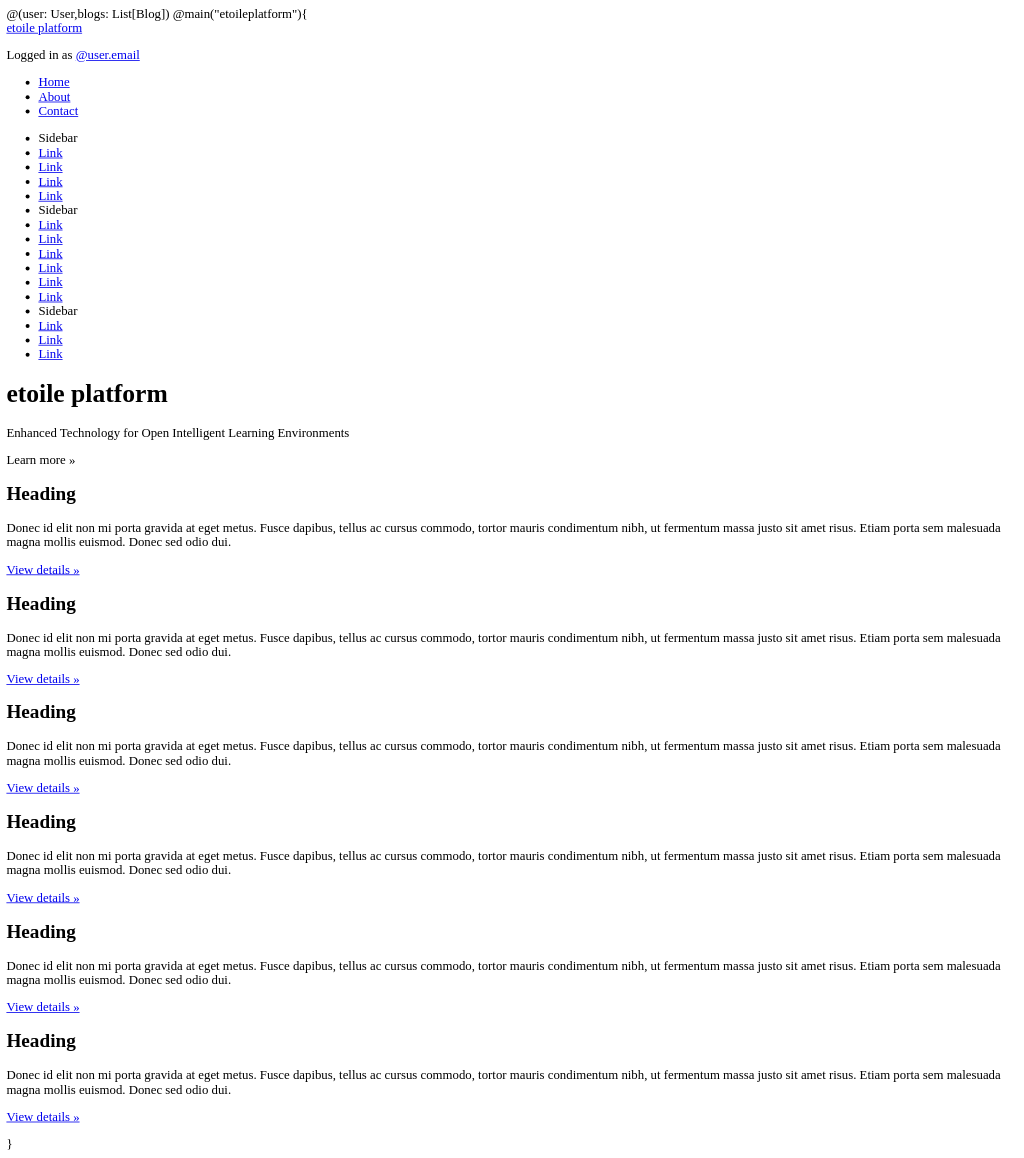
Repository: lopesdasilva/etoile
Page: etoile-play/.target/views/home.scala.html
An editor plug-in stored every save of this project. The page is shown before and after the next save, followed by the edit.
The browser window is 1280 px wide. The pictures show the whole page, at 80% of full size.

Above is the page before, as saved 2012-10-23 14:24:00.

After the next save:
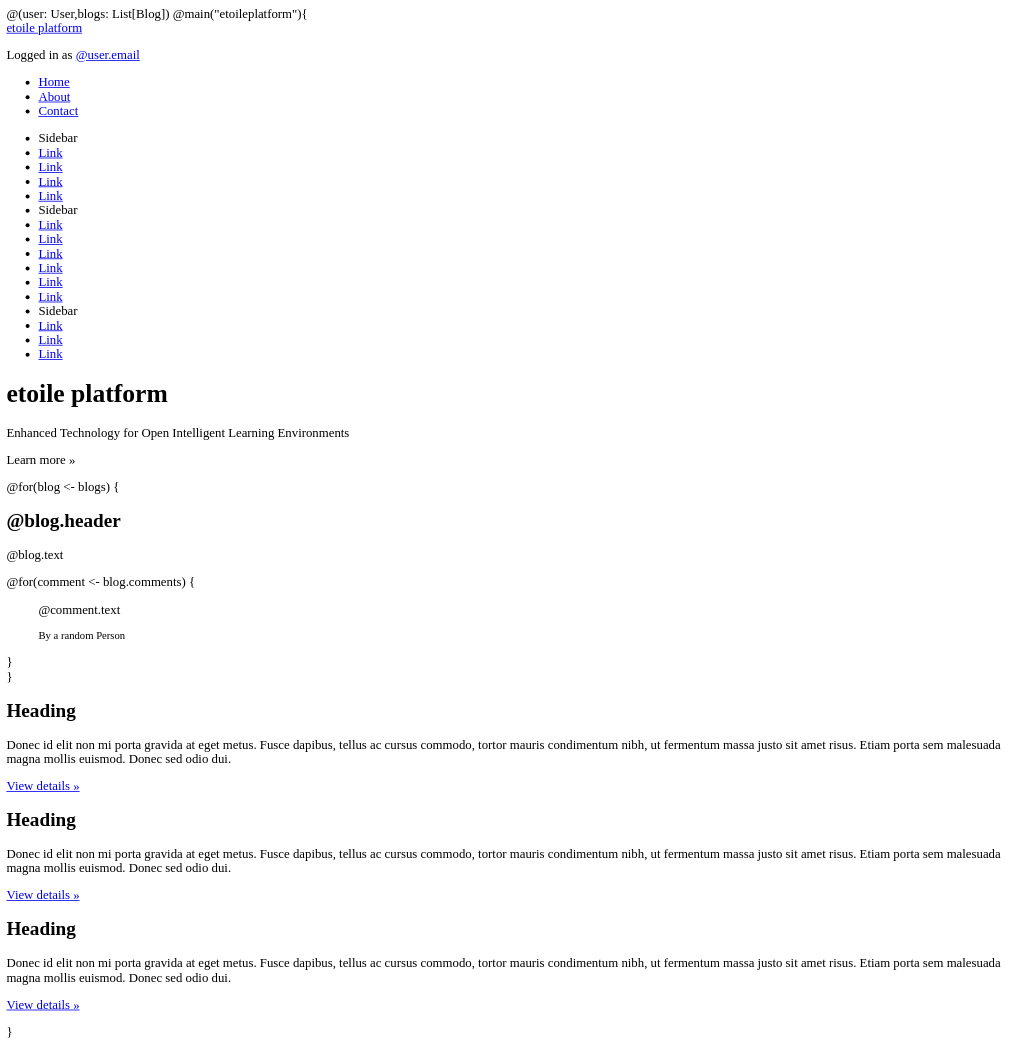
Saved 61 s later.
--- a/etoile-play/.target/views/home.scala.html
+++ b/etoile-play/.target/views/home.scala.html
@@ -55,24 +55,21 @@
             <p>Enhanced Technology for Open Intelligent Learning Environments</p>
             <p><a class="btn btn-primary btn-large">Learn more &raquo;</a></p>
           </div>
-          <div class="row-fluid">
-            <div class="span4">
-              <h2>Heading</h2>
-              <p>Donec id elit non mi porta gravida at eget metus. Fusce dapibus, tellus ac cursus commodo, tortor mauris condimentum nibh, ut fermentum massa justo sit amet risus. Etiam porta sem malesuada magna mollis euismod. Donec sed odio dui. </p>
-              <p><a class="btn" href="#">View details &raquo;</a></p>
-            </div><!--/span-->
-            <div class="span4">
-              <h2>Heading</h2>
-              <p>Donec id elit non mi porta gravida at eget metus. Fusce dapibus, tellus ac cursus commodo, tortor mauris condimentum nibh, ut fermentum massa justo sit amet risus. Etiam porta sem malesuada magna mollis euismod. Donec sed odio dui. </p>
-              <p><a class="btn" href="#">View details &raquo;</a></p>
-            </div><!--/span-->
-            <div class="span4">
-              <h2>Heading</h2>
-              <p>Donec id elit non mi porta gravida at eget metus. Fusce dapibus, tellus ac cursus commodo, tortor mauris condimentum nibh, ut fermentum massa justo sit amet risus. Etiam porta sem malesuada magna mollis euismod. Donec sed odio dui. </p>
-              <p><a class="btn" href="#">View details &raquo;</a></p>
-            </div><!--/span-->
-          </div><!--/row-->
-          <div class="row-fluid">
+			<div class="row-fluid">
+				@for(blog <- blogs) {
+				<div class="span12">
+					<h2>@blog.header</h2>
+					<p>@blog.text</p>
+					@for(comment <- blog.comments) {
+					<blockquote>
+						<p>@comment.text</p>
+						<small>By a random Person</small>
+					</blockquote>
+					}
+				</div>
+				}
+			</div>
+			<div class="row-fluid">
             <div class="span4">
               <h2>Heading</h2>
               <p>Donec id elit non mi porta gravida at eget metus. Fusce dapibus, tellus ac cursus commodo, tortor mauris condimentum nibh, ut fermentum massa justo sit amet risus. Etiam porta sem malesuada magna mollis euismod. Donec sed odio dui. </p>
